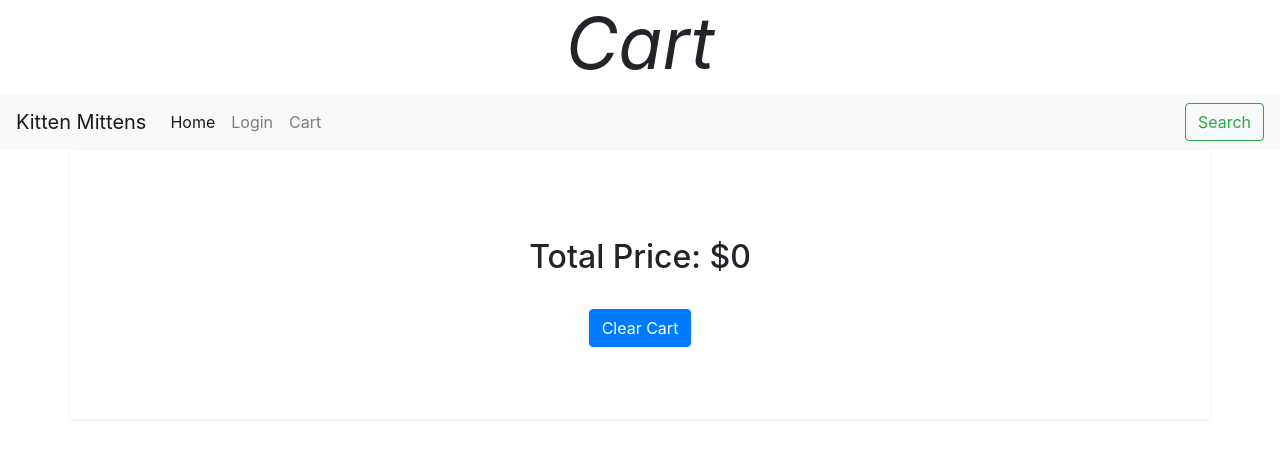
Repository: Janellle/KittenMittens
Page: http://localhost/cart
The author's editor kept a record of every edit. The page is drawn from the files as they stood at one moment, then again after the next edit.
The browser window is 1280 px wide. The pictures show the whole page.
The page is served by the project's Node server (app.js). Queries for data that is not in the repository find no rows.

Above is the page before.
Not found: js/functions.js
Not found: rps.js

After the next edit:
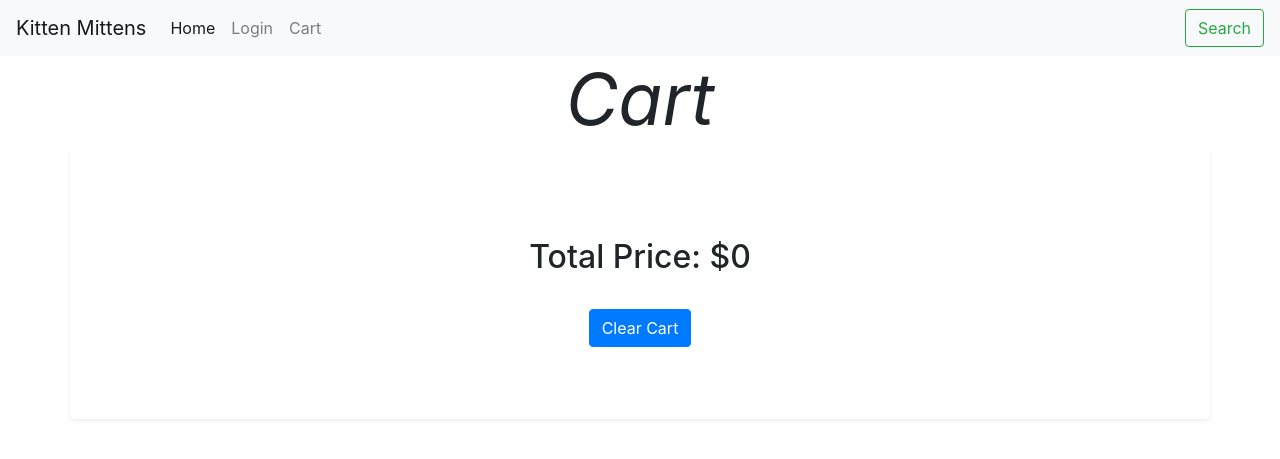
The edit:
--- a/views/cart.ejs
+++ b/views/cart.ejs
@@ -1,29 +1,5 @@
-
-<!DOCTYPE html>
-<html>
-    <head>
-        <title> Kitten Mittens </title>
-        <script language="javascript" type="text/javascript" src="rps.js"></script>
-
-        <link href="/css/styles.css" rel="stylesheet"/>
-        <link rel="stylesheet" href="https://stackpath.bootstrapcdn.com/bootstrap/4.4.1/css/bootstrap.min.css" integrity="sha384-Vkoo8x4CGsO3+Hhxv8T/Q5PaXtkKtu6ug5TOeNV6gBiFeWPGFN9MuhOf23Q9Ifjh" crossorigin="anonymous">
-        <script src="https://ajax.googleapis.com/ajax/libs/jquery/3.4.1/jquery.min.js"></script>
-        <script src="https://stackpath.bootstrapcdn.com/bootstrap/4.3.1/js/bootstrap.min.js" integrity="sha384-JjSmVgyd0p3pXB1rRibZUAYoIIy6OrQ6VrjIEaFf/nJGzIxFDsf4x0xIM+B07jRM" crossorigin="anonymous"></script>
-        <script>
-            $(document).ready(function() {
-                $("#clearBtn").on("click", function(){
-
-                    location.href = "/clearCart"; //redirects to admin route
-
-                });//click
-            }); //document.ready
-        </script>
-    </head>
-    <body>
-
-        <h1 class="text-center display-3"><strong><i> Cart </i></strong></h1>
-
 <%- include('partials/header.ejs') %>
+    <h1 class="text-center display-3"><strong><i> Cart </i></strong></h1>
       <div class="px-4 px-lg-0">
   <div class="pb-5">
     <div class="container">
